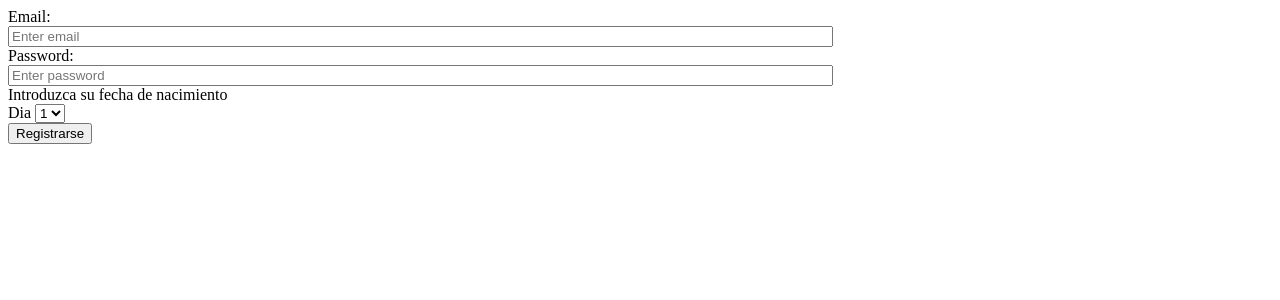
Repository: Adriansen8/GamerArts
Page: http://localhost/html/registro.php
The author's editor kept a copy of each file at every save. The page is drawn from the files as they stood at one save, then again after the next save.
The browser window is 1280 px wide. The pictures show the whole page.
The page is run by PHP 8.4 with error messages shown; the project is at /var/www/html/.

Above is the page before, as saved 2016-03-22 11:21:17.

### Proyecto/html/registro.php
<!DOCTYPE html>


<?php


?>
  <div id="formularioRegistro">
    <form class="form-horizontal" role="form">
      <div class="form-group">
        <label class="control-label col-sm-2" for="email">Email:</label>
        <div class="col-sm-4">
          <input type="email" size="100" class="form-control" id="email" placeholder="Enter email">
        </div>
      </div>
      <div class="form-group">
        <label class="control-label col-sm-2" for="pwd">Password:</label>
        <div class="col-sm-4">
          <input type="password" size="100" class="form-control" id="pwd" placeholder="Enter password">
        </div>
      </div>
      <div class="form-group">
        <label class="control-label col-sm-4">Introduzca su fecha de nacimiento</label>
      </div>
      <div class="form-group">
	      <label class="control-label col-sm-2" for="sel1">Dia</label>
	      <select class="form-control" id="sel1">
	        <option>1</option>
	        <option>2</option>
	        <option>3</option>
	        <option>4</option>
	      </select>
      </div>
      <div class="form-group">
        <div class="col-sm-offset-2 col-sm-10">
          <button type="submit" class="btn btn-default">Registrarse</button>
        </div>
      </div>
    </form>
  </div>

After the next save:
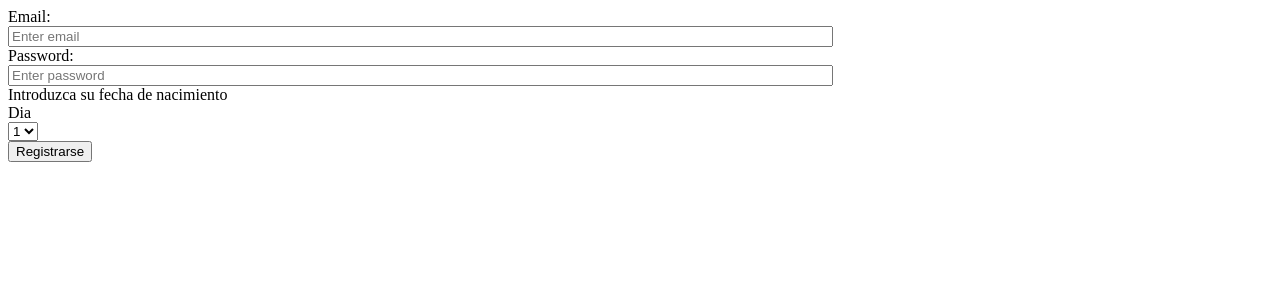
Saved 18 s later.
--- a/Proyecto/html/registro.php
+++ b/Proyecto/html/registro.php
@@ -24,12 +24,14 @@
       </div>
       <div class="form-group">
 	      <label class="control-label col-sm-2" for="sel1">Dia</label>
+	      <div class="col-sm-4">
 	      <select class="form-control" id="sel1">
 	        <option>1</option>
 	        <option>2</option>
 	        <option>3</option>
 	        <option>4</option>
 	      </select>
+	      </div>
       </div>
       <div class="form-group">
         <div class="col-sm-offset-2 col-sm-10">
